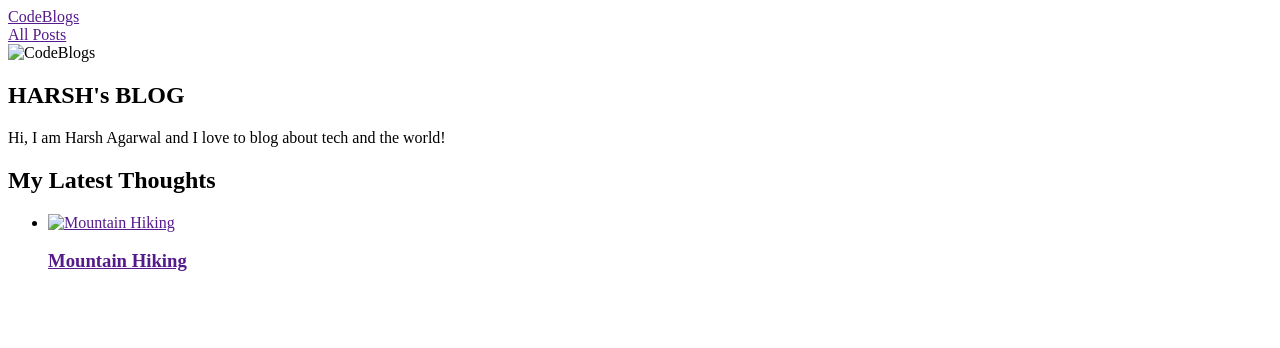
Repository: harshagr64/codeblogs
Page: http://localhost/
An editor plug-in stored every save of this project. The page is shown before and after the next save, followed by the edit.
The browser window is 1280 px wide. The pictures show the whole page.
The page is served by the project's application, run on Django 3.2 (manage.py). Other server files are loaded and not shown.

Above is the page before, as saved 2021-08-21 09:47:16.

### codeblogs/blog/templates/blog/index.html
{% extends 'base.html' %} {% block title %}CodeBlogs{% endblock %}

{% block content %}
    <header id = "main-navigation">
        <a href = "">CodeBlogs</a>

        <nav>
            <a href = "">All Posts</a>
        </nav>
    </header>

    <section id = "welcome">
        <header>
            <img src = "" alt = "CodeBlogs">
            <h2>HARSH's BLOG</h2>
        </header>
        <p>Hi, I am Harsh Agarwal and I love to blog about tech and the world!</p>
    </section>
    <section id="latest-posts">
        <h2> My Latest Thoughts</h2>
        <ul>
            <li>
                <article class="post">
                    <a href="">
                        <img src="" alt="Mountain Hiking">
                        <div class="post__content">
                            <h3>Mountain Hiking</h3>
                        </div>
                    </a>
                </article>
            </li>
        </ul>
    </section>

{% endblock %}

### codeblogs/templates/base.html
<!DOCTYPE html>
<html lang="en">
  <head>
    <meta charset="UTF-8" />
    <meta http-equiv="X-UA-Compatible" content="IE=edge" />
    <meta name="viewport" content="width=device-width, initial-scale=1.0" />
    <title>{% block title %}CodeBlogs{% endblock %}</title>
    {% block css_files %}{% endblock %}
  </head>
  <body>
  {% block content %}{% endblock %}
  </body>
</html>

### codeblogs/blog/views.py
from django.shortcuts import render

def starting_page(request):
    return render(request, "blog/index.html")

def posts(request):
    pass


def post_detail(request):
    pass

### codeblogs/codeblogs/urls.py
"""codeblogs URL Configuration

The `urlpatterns` list routes URLs to views. For more information please see:
    https://docs.djangoproject.com/en/3.2/topics/http/urls/
Examples:
Function views
    1. Add an import:  from my_app import views
    2. Add a URL to urlpatterns:  path('', views.home, name='home')
Class-based views
    1. Add an import:  from other_app.views import Home
    2. Add a URL to urlpatterns:  path('', Home.as_view(), name='home')
Including another URLconf
    1. Import the include() function: from django.urls import include, path
    2. Add a URL to urlpatterns:  path('blog/', include('blog.urls'))
"""
from django.contrib import admin
from django.urls import path, include

urlpatterns = [
    path('admin/', admin.site.urls),
    path('', include("blog.urls") )
]

### codeblogs/blog/urls.py
from django.urls import path
from . import views

urlpatterns = [
    path("", views.starting_page, name="starting-page"),
    path("posts", views.posts, name="post-page"),
    path("posts/<slug:slug>", views.post_detail, name="post-detail-page")
]

After the next save:
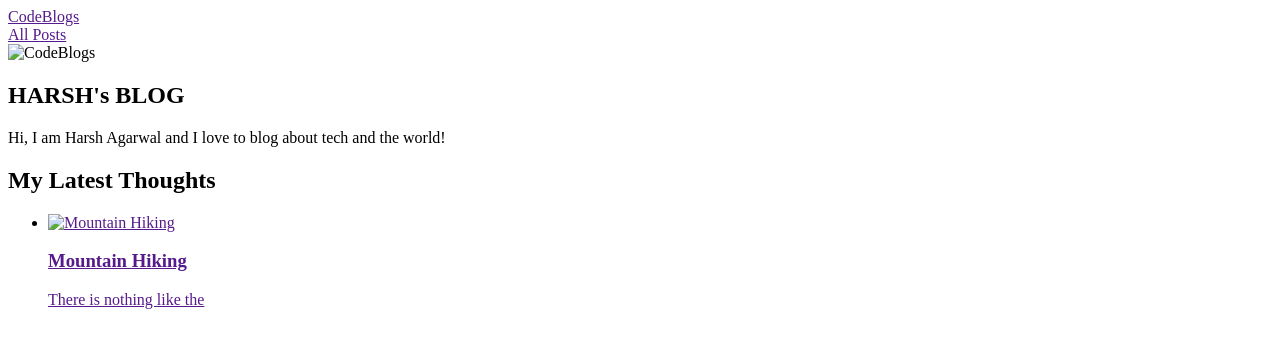
Saved 10 s later.
--- a/codeblogs/blog/templates/blog/index.html
+++ b/codeblogs/blog/templates/blog/index.html
@@ -25,6 +25,7 @@
                         <img src="" alt="Mountain Hiking">
                         <div class="post__content">
                             <h3>Mountain Hiking</h3>
+                            <p> There is nothing like the
                         </div>
                     </a>
                 </article>
